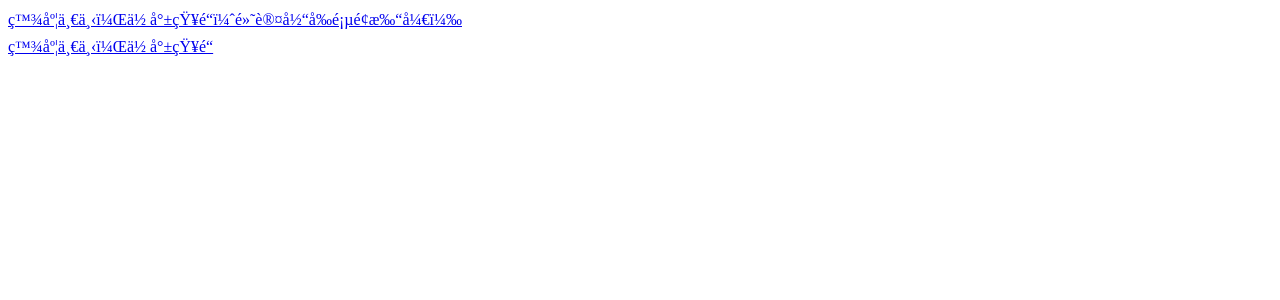
Repository: liang-n/front-end-basics
Page: 08-超链接.html
An editor plug-in stored every save of this project. The page is shown before and after a run of saves, followed by the edit.
The browser window is 1280 px wide. The pictures show the whole page.

Above is the page before, as saved 2022-05-15 13:03:30.

After the next 5 saves:
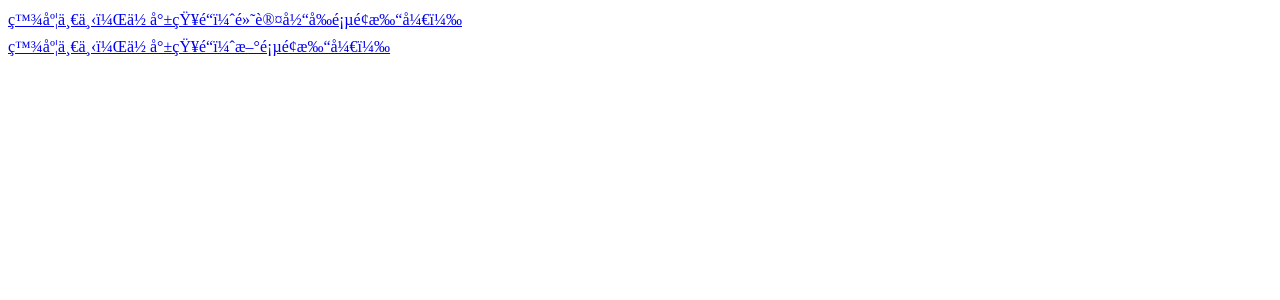
The 5 saves are shown as one change because they came seconds apart.
The last was saved 14 s later.
--- a/08-超链接.html
+++ b/08-超链接.html
@@ -9,7 +9,7 @@
 <body>
     <a href="https://www.baidu.coom/">百度一下，你就知道（默认当前页面打开）</a>
     <br/>
-    <a href="https://www.baidu.coom/" target="_blank">百度一下，你就知道</a>
+    <a href="https://www.baidu.coom/" target="_blank">百度一下，你就知道（新页面打开）</a>
 </body>
 
 </html>
